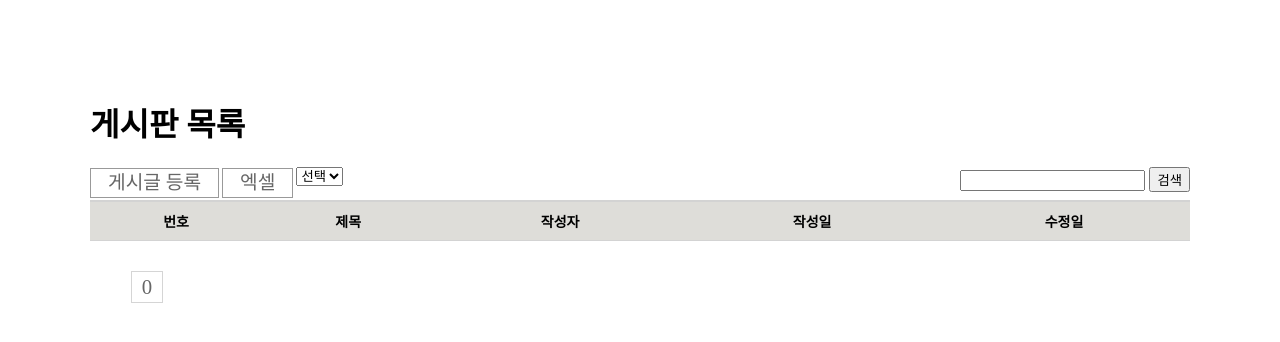
Repository: yeonho1690/Board_mybatis
Page: http://localhost/Board_mysql_/WEB-INF/views/board/list.jsp
These files come from the project's save history. The page is drawn as it stood at one moment and after the next save; the edit follows.
The browser window is 1280 px wide. The pictures show the whole page.
The page is served by Tomcat 9. Nobody is signed in. Other server files are loaded and not shown. The template is opened directly, without the code that normally fills it, so the values that code supplies are empty.

Above is the page before, as saved 2022-11-28 06:03:47.
Console error: ReferenceError: $ is not defined

### Board(mysql)/src/main/webapp/WEB-INF/views/board/list.jsp
<%@ page language="java" contentType="text/html; charset=UTF-8"
    pageEncoding="UTF-8"%>
    <%@ taglib uri="http://java.sun.com/jsp/jstl/core" prefix="c" %>
    <%@ taglib prefix="fmt" uri="http://java.sun.com/jsp/jstl/fmt"%>
<!DOCTYPE html>
<html>
<head>
<meta charset="UTF-8">
<title>게시판</title>
<script src="https://code.jquery.com/jquery-3.4.1.js"integrity="sha256-WpOohJOqMqqyKL9FccASB9O0KwACQJpFTUBLTYOVvVU="crossorigin="anonymous"></script>
</head>
<body>
	<div>
		<div class="board-main">
		<h1>게시판 목록</h1>
		<div class="sub_btn_menu">
			<a href="/board/enroll" class="btn_line btn_gray">게시글 등록</a>

			<!-- 엑셀 다운로드 구현 form -->
			<form action="/board/excel/download" method="get">
	            <button type="submit" class="btn_line btn_gray">엑셀</button>
	        </form>
			<select>
				<option>선택</option>
				<option>5</option>
				<option>10</option>
				<option>15</option>
			</select>
			<div class="search_area" style="float:right">
	            <input type="text" name="keyword" value="${pageVo.page.keyword }">
	            <button onclick="search()">검색</button>
	        </div>

		</div>
		<div class="search_wrap">

	    </div>
			<table>
				<thead style="background-color: #deddd9;">
					<tr >
						<th>번호</th>
						<th>제목</th>
						<th>작성자</th>
						<th>작성일</th>
						<th>수정일</th>
					</tr>
				</thead>
				<tbody>
				<c:forEach items="${list}" var="list">
		            <tr>
		                <td><c:out value="${list.bno}"/></td>
		                <td>
		                	<a class="move" href='<c:out value="${list.bno}"/>'>
								<c:out value="${list.title}"/>
							</a>
		                </td>
		                <td><c:out value="${list.writer}"/></td>
		                <td><fmt:formatDate pattern="yyyy/MM/dd" value="${list.regdate}"/></td>
		                <td><fmt:formatDate pattern="yyyy/MM/dd" value="${list.updateDate}"/></td>
		            </tr>
		        </c:forEach>
		        </tbody>
			</table>
			<div class="pageInfo_wrap" >
		        <div class="list_page">
		        	<ul id="pageInfo" class="pageInfo">
				        <!-- 이전페이지 버튼 -->
		                <c:if test="${pageVo.prev}">
		                    <li class="pageInfo_btn previous"><a href="${pageVo.startPage-1}"><</a></li>
		                </c:if>
		 				<!-- 각 번호 페이지 버튼 -->
                		<c:forEach var="num" begin="${pageVo.startPage}" end="${pageVo.endPage}">
                    		<li class="pageInfo_btn ${pageVo.page.pageNum == num ? "active":"" }"><a href="${num}">${num}</a></li>
                		</c:forEach>
                		<!-- 다음페이지 버튼 -->
		                <c:if test="${pageVo.next}">
		                    <li class="pageInfo_btn next"><a href="${pageVo.endPage + 1 }">></a></li>
		                </c:if>
                	</ul>
		        </div>
    		</div>
    		<form id="moveForm" method="get">
				<input type="hidden" name="pageNum" value="${pageVo.page.pageNum}">
        		<input type="hidden" name="amount" value="${pageVo.page.amount}">
        		<input type="hidden" name="keyword" value="${pageVo.page.keyword}">
        	</form>
		</div>
	</div>
</body>
</html>
<script type="text/javascript">

    //알림창 설정
	$(document).ready(function(){

		let result = '<c:out value="${result}"/>';

		checkAlert(result);

		function checkAlert(result){
			if(result === ""){
				return;
			}
			else if(result === "enroll success"){
				alert("등록이 완료되었습니다.");
			}
			else if(result === "modify success"){
				alert("수정이 왼료되었습니다.");
			}
			else if(result === "delete success"){
				alert("삭제가 완료되었습니다.");
			}
		}
	});
	let moveForm = $("#moveForm");

	$(".move").on("click",function(e){
		e.preventDefault();
		moveForm.append("<input type='hidden' name='bno' value='"+ $(this).attr("href")+"'>");
		moveForm.attr("action", "/board/get");
		moveForm.submit();
	});

	$(".pageInfo a").on("click", function(e){
        e.preventDefault();
        moveForm.find("input[name='pageNum']").val($(this).attr("href"));
        moveForm.attr("action", "/board/list");
        moveForm.submit();

    });
	//검색
	$(".search_area button").on("click", function(e){
		e.preventDefault();
		let val = $("input[name='keyword']").val();
		moveForm.find("input[name='keyword']").val(val);
		moveForm.find("input[name='pageNum']").val(1);
		moveForm.submit();
	});




</script>
<style>
.sub_btn_menu .btn_line{display:block;float:left;margin:0 3px 3px 0;padding:0 20px;min-width:66px;width:auto;height:30px;line-height:28px;font-size:1.2em}
.sub_btn_menu .btn_line{margin:1.5px 3px 1.5px 0;padding:0 17px;min-width:50px;background:#fff}
.btn_line{text-decoration:none;display:block;width:170px;height:44px;line-height:42px;text-align:center;font-size:1.8em;color:#fff;font-weight:300;border:1px solid #fff;-webkit-box-sizing:border-box;-moz-box-sizing:border-box;box-sizing:border-box}
.btn_line:hover{color:#666;background:#fff}
.btn_line.btn_gray{color:#666;border-color:#999}
.btn_line.btn_gray:hover{color:#fff;background:#999}
.board-main {width: 1100px;margin: auto;margin-bottom: 300px;padding-top: 70px}
.board-main table {width: 100%;margin: auto;border-collapse: collapse;font-size: 14px;border-top: 2px solid lightgray;border-bottom: 1px solid lightgray}
.board-main thead {height: 40px;background-color: whitesmoke;}
.board-main tbody tr {height: 60px;}
.board-main tbody tr td {border-top: 1px solid lightgray;}
.board-main tbody tr td:nth-child(1) { width: 10%;text-align: center;}
.board-main tbody tr td:nth-child(2) { width: 40%;text-align: center;padding-top: 15px;padding-bottom: 15px;}
.board-main tbody tr td:nth-child(2) a {text-decoration: none;color: black}
.board-main tbody tr td:nth-child(3) {text-align: center;width: 20%}
.board-main tbody tr td:nth-child(4) {text-align: center}
.board-main tbody tr td:nth-child(5) {text-align: center}
a{text-decoration:none}
li{list-style:none}
.active{color:#fff;font-weight:700;border-color:#557096;background:#557096;z-index:20}
.pageInfo {display: flex;}
.list_page a.active{color:#fff;font-weight:700;border-color:#557096;background:#557096;z-index:20}
.list_page{margin-top:30px;height:32px;text-align:center}
.list_page a{display:inline-block;margin:0 1px;width:30px;height:30px;line-height:30px;text-align:center;vertical-align:top;font-size:1.3em;color:#666;border:1px solid #d5d5d5;background:#fff;z-index:10;*display:inline;zoom:1}
.list_page a:hover{color:#fff;font-weight:700;border-color:#557096;background:#557096;z-index:20}
.list_page .first .icon{display:block;width:30px;height:30px;background:url("../img/icon/list_page_first.png") no-repeat center center}
.list_page .prev .icon{display:block;width:30px;height:30px;background:url("../img/icon/list_page_prev.png") no-repeat center center}
.list_page .next .icon{display:block;width:30px;height:30px;background:url("../img/icon/list_page_next.png") no-repeat center center}
.list_page .last .icon{display:block;width:30px;height:30px;background:url("../img/icon/list_page_last.png") no-repeat center center}
.list_page .first:hover .icon{background:url("../img/icon/list_page_first_on.png") no-repeat center center}
.list_page .prev:hover .icon{background:url("../img/icon/list_page_prev_on.png") no-repeat center center}
.list_page .next:hover .icon{background:url("../img/icon/list_page_next_on.png") no-repeat center center}
.list_page .last:hover .icon{background:url("../img/icon/list_page_last_on.png") no-repeat center center}
</style>

After the next save:
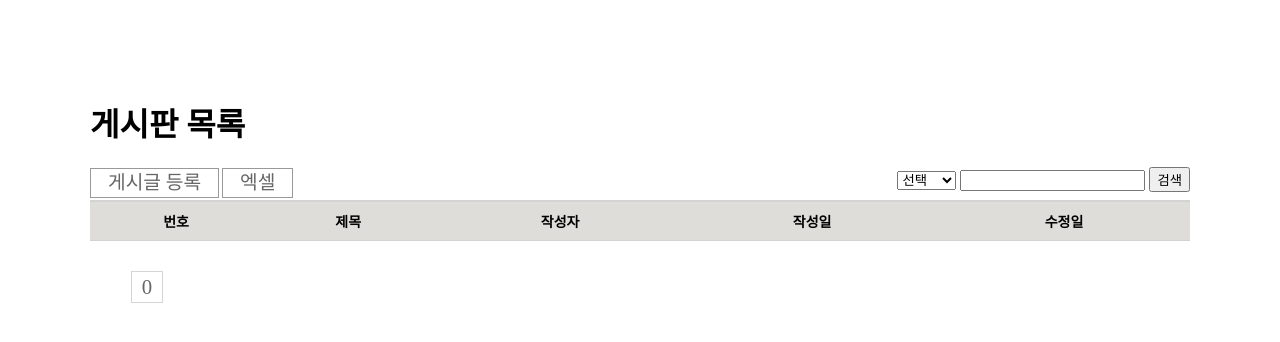
Saved 21 min 40 s later.
--- a/Board(mysql)/src/main/webapp/WEB-INF/views/board/list.jsp
+++ b/Board(mysql)/src/main/webapp/WEB-INF/views/board/list.jsp
@@ -20,13 +20,13 @@
 			<form action="/board/excel/download" method="get">
 	            <button type="submit" class="btn_line btn_gray">엑셀</button>
 	        </form>
-			<select>
-				<option>선택</option>
-				<option>5</option>
-				<option>10</option>
-				<option>15</option>
-			</select>
+
 			<div class="search_area" style="float:right">
+				<select>
+					<option>선택</option>
+					<option>제목</option>
+					<option>작성자</option>
+				</select>
 	            <input type="text" name="keyword" value="${pageVo.page.keyword }">
 	            <button onclick="search()">검색</button>
 	        </div>
